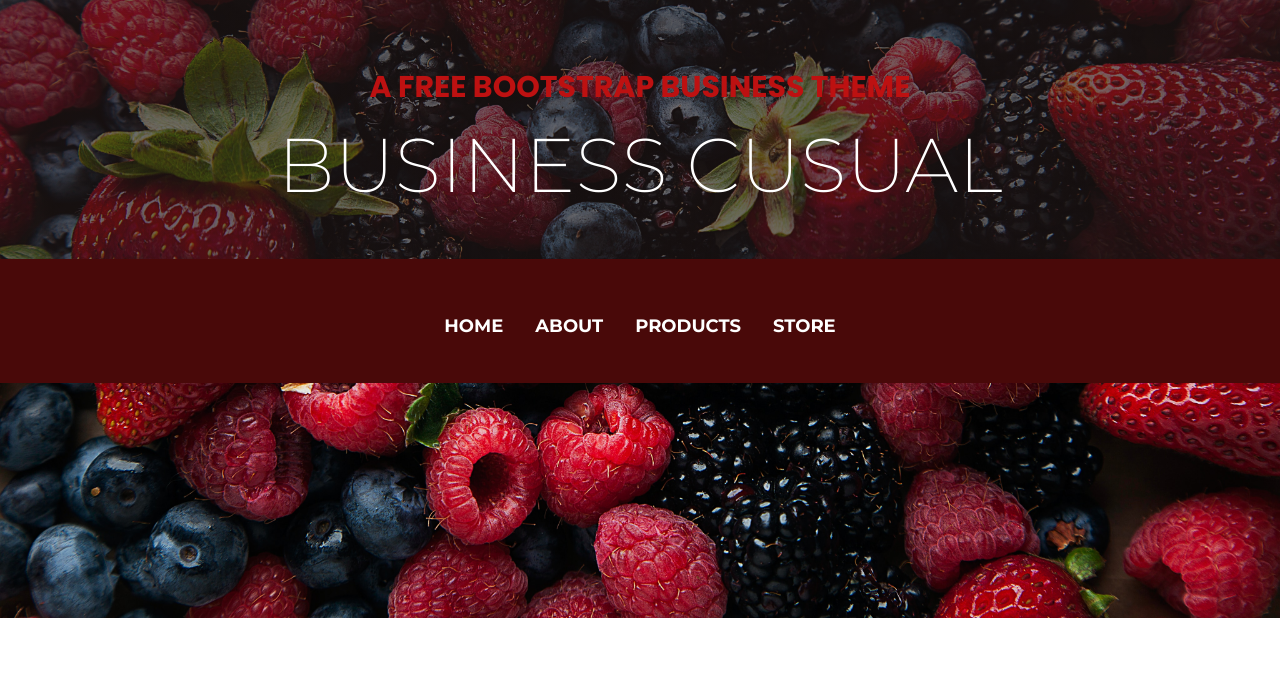
Repository: wadelfadill/tache_7_Business_bootstrap_theme
Page: index.html
These files come from the project's save history. The page is drawn as it stood at one moment and after the next save; the edit follows.
The browser window is 1280 px wide. The pictures show the whole page.

Above is the page before, as saved 2023-04-27 12:52:07.

After the next save:
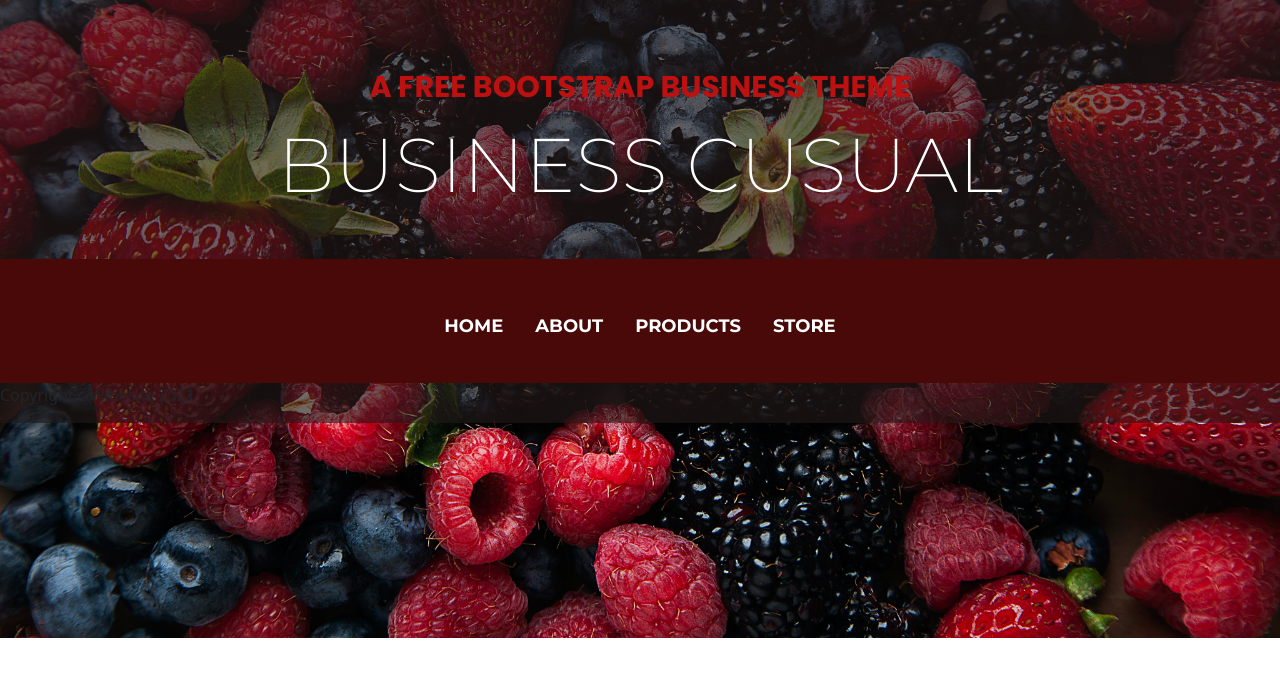
Saved 9 min 18 s later.
--- a/index.html
+++ b/index.html
@@ -43,8 +43,14 @@
         <!-- ========== End navbar  Section ========== -->
     </header>
     <!-- ========== End Header Section ========== -->
+    <!-- ========== Start Main Section ========== -->
+    <main>
 
-
+    </main>
+    <!-- ========== End Main Section ========== -->
+    <footer id="footer">
+        <p>Copyright c Wibesite 2021</p>
+    </footer>
 
 
 
